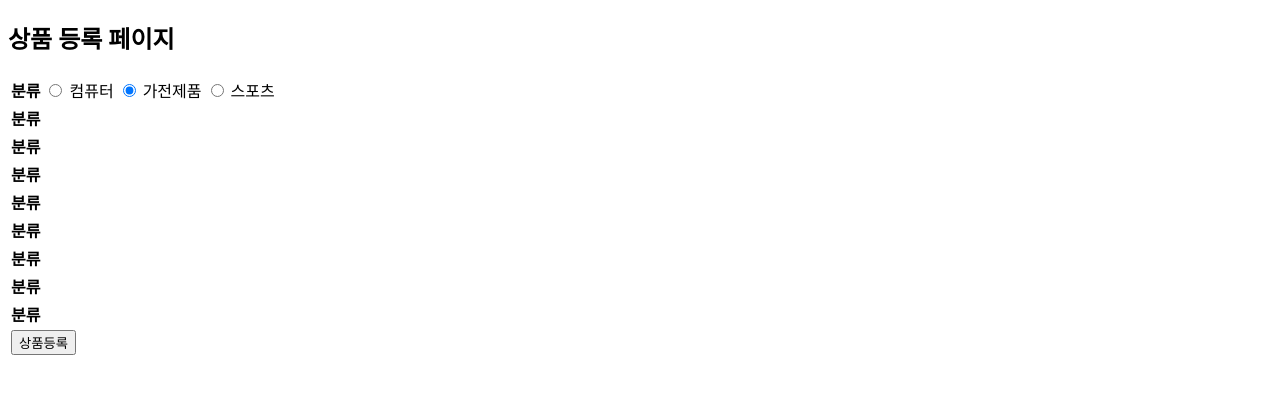
Repository: xlz5000/ICT
Page: http://localhost/spring_mvc02/WEB-INF/views/day08/product_add.jsp
These files come from the project's save history. The page is drawn as it stood at one moment and after the next save; the edit follows.
The browser window is 1280 px wide. The pictures show the whole page.
The page is served by Tomcat 9. Nobody is signed in. Other server files are loaded and not shown. The template is opened directly, without the code that normally fills it, so the values that code supplies are empty.

Above is the page before, as saved 2025-04-18 02:11:59.

### spring_mvc02/src/main/webapp/WEB-INF/views/day08/product_add.jsp
<%@ page language="java" contentType="text/html; charset=UTF-8"
    pageEncoding="UTF-8"%>
<!DOCTYPE html>
<html>
<head>
<meta charset="UTF-8">
<title>Insert title here</title>
</head>
<body>

	<div id="productForm">
		<h2>상품 등록 페이지</h2>
		<form action="/shop_product_add_ok" method="post" enctype="multipart/form-data">
			<table>
				<tbody>
					<tr>
						<th>분류</th>
						<td>
							<input type="radio" name="category" value=""> 컴퓨터
							<input type="radio" name="category" value="" checked> 가전제품
							<input type="radio" name="category" value=""> 스포츠
						</td>
					</tr>
					<tr>
						<th>분류</th>
						<td></td>
					</tr>
					<tr>
						<th>분류</th>
						<td></td>
					</tr>
					<tr>
						<th>분류</th>
						<td></td>
					</tr>
					<tr>
						<th>분류</th>
						<td></td>
					</tr>
					<tr>
						<th>분류</th>
						<td></td>
					</tr>
					<tr>
						<th>분류</th>
						<td></td>
					</tr>
					<tr>
						<th>분류</th>
						<td></td>
					</tr>
					<tr>
						<th>분류</th>
						<td></td>
					</tr>


				</tbody>
				<tfoot>
					<tr><td colspan="2"><input type="submit" value="상품등록"></td></tr>
				</tfoot>
			</table>
		</form>


	</div>

</body>
</html>

After the next save:
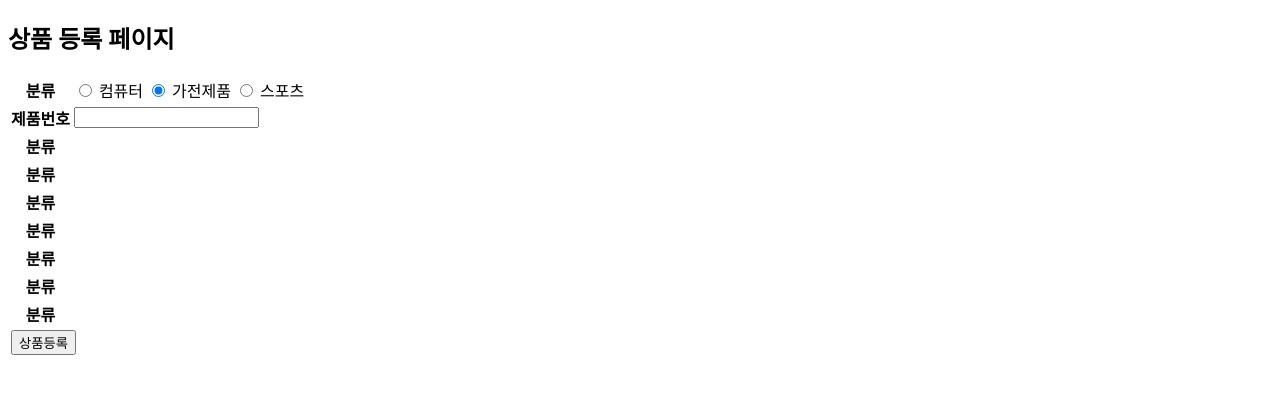
Saved 102 s later.
--- a/spring_mvc02/src/main/webapp/WEB-INF/views/day08/product_add.jsp
+++ b/spring_mvc02/src/main/webapp/WEB-INF/views/day08/product_add.jsp
@@ -16,14 +16,14 @@
 					<tr>
 						<th>분류</th>
 						<td>
-							<input type="radio" name="category" value=""> 컴퓨터
-							<input type="radio" name="category" value="" checked> 가전제품
-							<input type="radio" name="category" value=""> 스포츠
+							<input type="radio" name="category" value="com001"> 컴퓨터
+							<input type="radio" name="category" value="ele002" checked> 가전제품
+							<input type="radio" name="category" value="sp003"> 스포츠
 						</td>
 					</tr>
 					<tr>
-						<th>분류</th>
-						<td></td>
+						<th>제품번호</th>
+						<td><input tyep="text" name="p_num" required="required"></td>
 					</tr>
 					<tr>
 						<th>분류</th>
